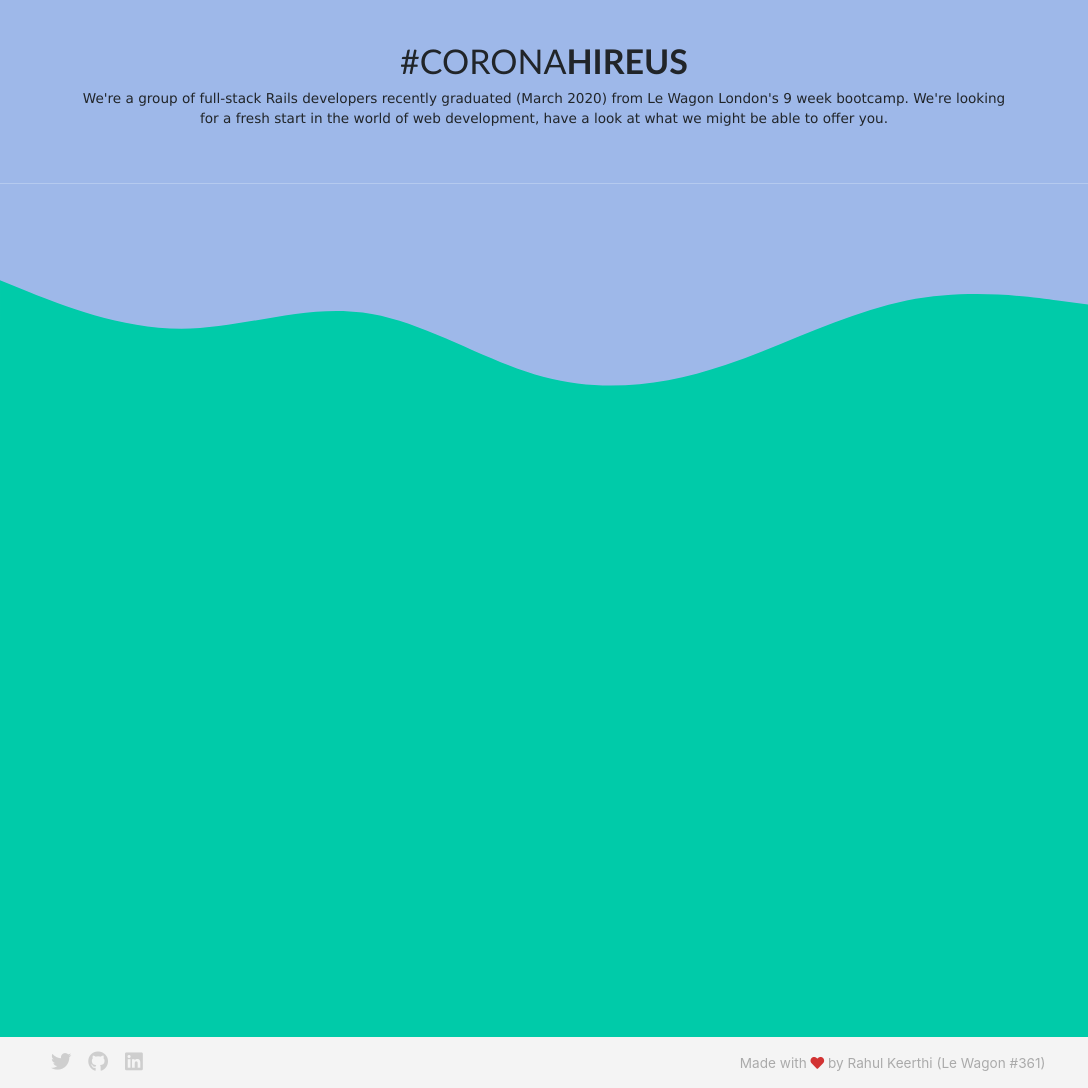
Repository: rahulkeerthi/coronahireus
Page: index.html
An editor plug-in stored every save of this project. The page is shown before and after a run of saves, followed by the edit.
The browser window is 1280 px wide. The pictures show the whole page, at 85% of full size.
Some web libraries are served in a nearby version.

Above is the page before, as saved 2020-03-27 23:08:08.

After the next 2 saves:
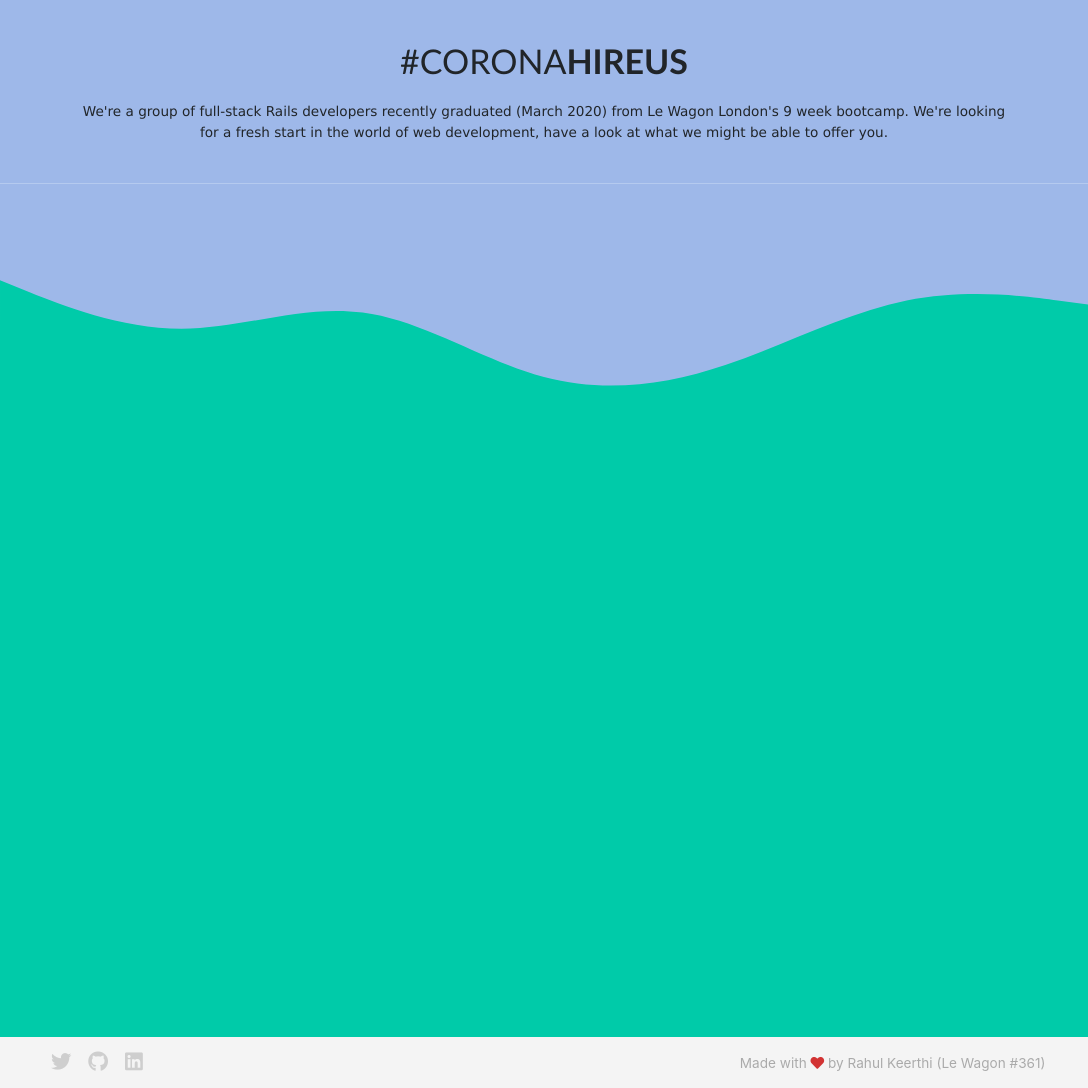
The 2 saves are shown as one change because they came seconds apart.
The last was saved 9 s later.
--- a/index.html
+++ b/index.html
@@ -16,7 +16,7 @@
         <div class="wrapper">
             <div class="sky text-center">
                 <h1 class="pt-5">#CORONA<strong>HIREUS</strong></h1>
-                <p class="container">We're a group of full-stack Rails developers recently graduated (March 2020) from Le Wagon London's 9 week bootcamp. We're looking for a fresh start in the world of web development, have a look at what we might be able to offer you.</p>
+                <p class="container py-3">We're a group of full-stack Rails developers recently graduated (March 2020) from Le Wagon London's 9 week bootcamp. We're looking for a fresh start in the world of web development, have a look at what we might be able to offer you.</p>
             </div>
             <div class="hills">
                 <svg xmlns="http://www.w3.org/2000/svg" viewBox="0 0 1440 320"><path fill="#00cba9" fill-opacity="1" d="M0,128L40,144C80,160,160,192,240,192C320,192,400,160,480,170.7C560,181,640,235,720,256C800,277,880,267,960,240C1040,213,1120,171,1200,154.7C1280,139,1360,149,1400,154.7L1440,160L1440,320L1400,320C1360,320,1280,320,1200,320C1120,320,1040,320,960,320C880,320,800,320,720,320C640,320,560,320,480,320C400,320,320,320,240,320C160,320,80,320,40,320L0,320Z"></path></svg>
